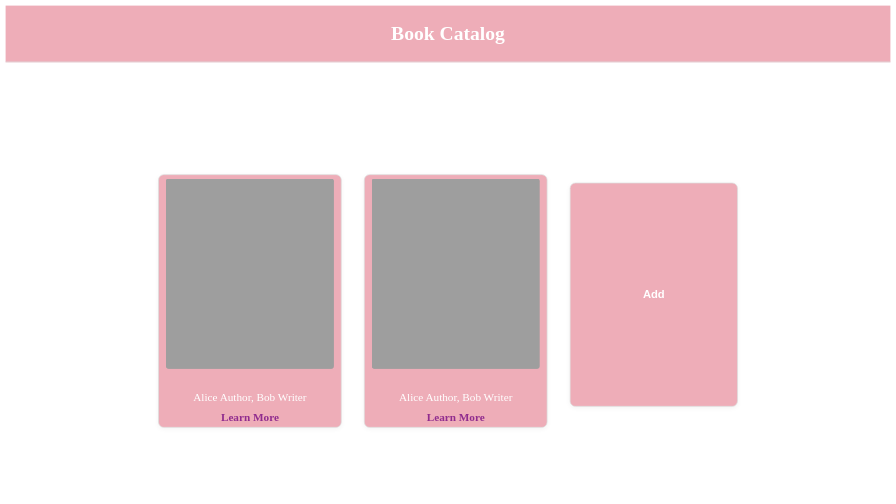
Repository: Micaelavalmores/BookCatalog
Page: /
These files come from the project's save history. The page is drawn as it stood at one moment and after the next save; the edit follows.
The browser window is 1280 px wide. The pictures show the part of the page from y = 0 to 1920 px (the page is 720 px tall before and 3481 px after), at 70% of full size.
Pictures or frames that could not be fetched are drawn as grey boxes. The project was rebuilt for these pictures with package versions that can differ from the ones it lists, and the page was loaded fresh each time. Also part of the build but not shown: vite.config.js.

Above is the page before, as saved 2025-09-16 23:13:11.

### index.html
<!doctype html>
<html lang="en">
  <head>
    <meta charset="UTF-8" />
    <meta name="viewport" content="width=device-width, initial-scale=1.0" />
    <title>Book Catalog</title>
  </head>
  <body>
    <div id="root"></div>
    <script type="module" src="/src/main.jsx"></script>
  </body>
</html>

### src/main.jsx
import React from 'react';
import { createRoot } from 'react-dom/client';
import './index.css';
import Book from './assets/book.jsx';
import HeaderComponent from "./assets/HeaderComponent.jsx";
import AddComponent from "./assets/AddComponent.jsx";

const root = createRoot(document.getElementById("root"));

root.render(
  <React.StrictMode>
    <HeaderComponent />
    <div class="books">
      <Book class="book1"
        image="https://img.freepik.com/free-vector/stack-colorful-books_1308-171744.jpg?semt=ais_incoming&w=740&q=80"
        authors="Alice Author, Bob Writer"
        link="https://example.com/book-info"
      />
      <Book class="book2"
        image="https://img.freepik.com/free-vector/stack-colorful-books_1308-171744.jpg?semt=ais_incoming&w=740&q=80"
        authors="Alice Author, Bob Writer"
        link="https://example.com/book-info"
      />
      <AddComponent />
    </div>
  </React.StrictMode>
);

### src/index.css
.books {
  display: flex;
  gap: 2em;
  justify-content: center;
}

### src/assets/book.jsx

import React from "react";
import "./book.css";

const book = ({ image, title, authors, link }) => (
  <div className="book-container">
    <img className="book-image" src={image} alt={title} />
    <div className="book-info">
      <h2 className="book-title">{title}</h2>
      <p className="book-authors">{authors}</p>
      <a className="book-link" href={link} target="_blank" rel="noopener noreferrer">
        Learn More
      </a>
    </div>
  </div>
);

export default book;

### src/assets/HeaderComponent.jsx
import React from "react";
import "./HeaderComponent.css";

const HeaderComponent = () => (
  <header className="header-container">
    <h1 className="header-title">Book Catalog</h1>
  </header>
);

export default HeaderComponent;

### src/assets/AddComponent.jsx
import React from "react";
import "./AddComponent.css";

const AddComponent = () => {
  const handleClick = () => {
    alert("Add button clicked");
  };

  return (
    <button className="add-button" onClick={handleClick} type="button">
      Add
    </button>
  );
};

export default AddComponent;

### src/assets/book.css
.book-container {
    max-width: 15em;
    border: 1px solid #ddd;
    border-radius: 8px;
    padding: 5px 10px;
    display: flex;
    flex-direction: column;
    align-items: center;
    background: #fff;
    box-shadow: 0 2px 8px rgba(0,0,0,0.05);
    background: rgb(238, 173, 184);
  }

  .book-image {
    width: 15em;
    height: 17em;
    object-fit: cover;
    margin-bottom: 12px;
    border-radius: 4px;
  }

  .book-info {
    width: 100%;
    text-align: center;
  }


  .book-authors {
    color: #ffffff;
    margin-bottom: 10px;
  }

  .book-link {
    display: inline-block;
    color: #902c8e;
    text-decoration: none;
    font-weight: bold;
    transition: color 0.2s;
  }

  .book-link:hover {
    color: #0056b3;
  }

### src/assets/HeaderComponent.css
.header-container {
    display: flex;
    justify-content: center;
    align-items: center;
    height: 80px;
    background-color: rgb(238, 173, 184);
    border-bottom: 1px solid #ddd;
    margin-bottom: 10em;
  }

  .header-title {
    font-size: 28px;
    font-weight: bold;
    color: #ffffff;
    margin: 0;
  }

### src/assets/AddComponent.css
.add-button {
    padding: 12px 24px;
    width: 15em;
    height: 20em;
    font-size: 16px;
    background-color: rgb(238, 173, 184);
    border: 1px solid #ddd;
    border-radius: 8px;
    color: white;
    cursor: pointer;
    box-shadow: 0 2px 8px rgba(0,0,0,0.05);
    transition: background-color 0.2s ease, box-shadow 0.2s ease;
    display: inline-block;
    margin: 12px 0;
    font-weight: bold;
  }

  .add-button:hover {
    background-color: #0056b3;
    box-shadow: 0 4px 12px rgba(0,0,0,0.1);
  }

  .add-button:focus {
    outline: 2px solid #0056b3;
    outline-offset: 2px;
  }

After the next save:
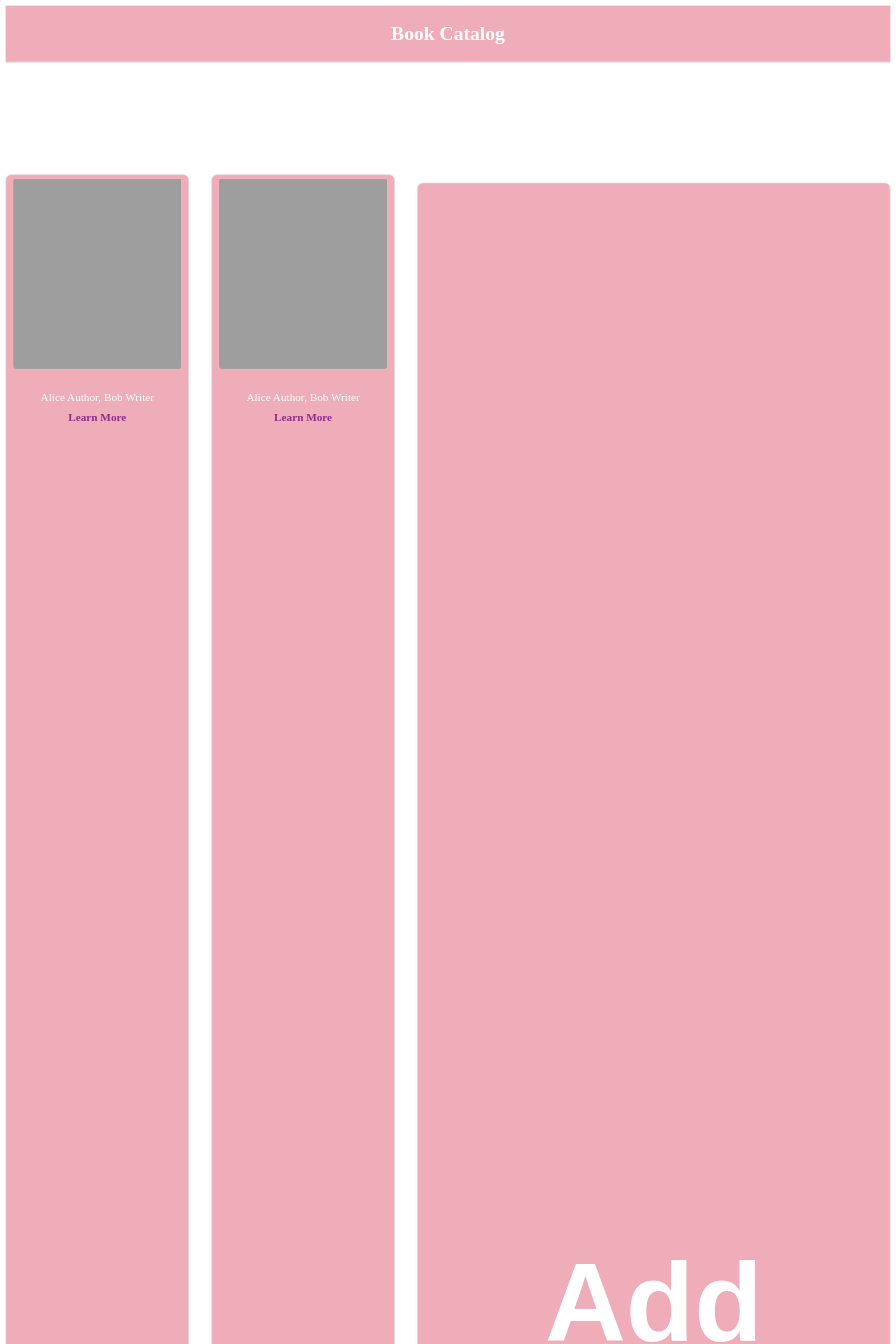
Saved 14 s later.
--- a/src/assets/AddComponent.css
+++ b/src/assets/AddComponent.css
@@ -2,7 +2,7 @@
     padding: 12px 24px;
     width: 15em;
     height: 20em;
-    font-size: 16px;
+    font-size: 10em;
     background-color: rgb(238, 173, 184);
     border: 1px solid #ddd;
     border-radius: 8px;
